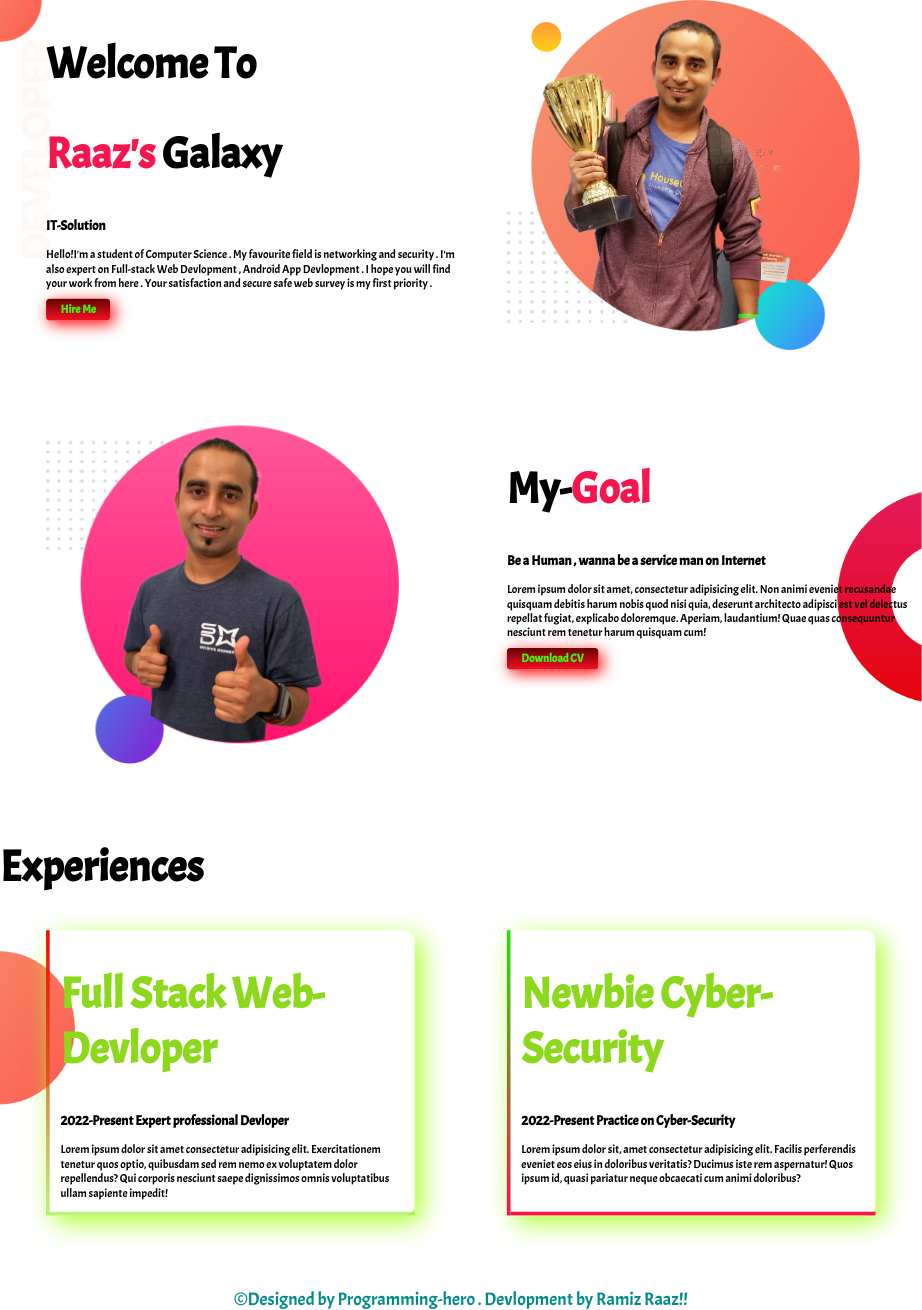
Repository: ramizraaz/my-portfolio
Page: about.html
These files come from the project's save history. The page is drawn as it stood at one moment and after the next save; the edit follows.
The browser window is 1280 px wide. The pictures show the whole page, at 72% of full size.

Above is the page before, as saved 2022-01-18 16:42:34.

### about.html
<!DOCTYPE html>
<html lang="en">

<head>
    <meta charset="UTF-8">
    <meta http-equiv="X-UA-Compatible" content="IE=edge">
    <meta name="viewport" content="width=device-width, initial-scale=1.0">
    <title>Raaz Portfolio</title>
    <link rel="preconnect" href="https://fonts.googleapis.com">
    <link rel="preconnect" href="https://fonts.gstatic.com" crossorigin>
    <link href="https://fonts.googleapis.com/css2?family=Acme&family=Lobster&family=Permanent+Marker&display=swap" rel="stylesheet">
    <link rel="stylesheet" href="design.css">
</head>

<body>
    <section class="top flex-container">
        <div class="content">
            <h1>Welcome To</h1>
            <h1><span> Raaz's </span>Galaxy</h1>
            <h3>IT-Solution</h3>
            <p>Hello!I'm a student of Computer Science . My favourite field is networking and security . I'm also expert on Full-stack Web Devlopment , Android App Devlopment . I hope you will find your work from here . Your satisfaction and secure safe
                web survey is my first priority .</p>
            <a class="link-button" href="" target="_blank">Hire Me</a>
        </div>
        <div class="content">
            <img src="images/jhankar.png" alt="Personal Profile">
        </div>
    </section>
    <section class="middle flex-container">
        <div class="content">
            <img src="images/jhankar2.png" alt="Personal Profile">
        </div>
        <div class="content">
            <h1>My-<span id="middHeadder">Goal</span></h1>
            <h3>Be a Human , wanna be a service man on Internet</h3>
            <p>Lorem ipsum dolor sit amet, consectetur adipisicing elit. Non animi eveniet recusandae quisquam debitis harum nobis quod nisi quia, deserunt architecto adipisci est vel delectus repellat fugiat, explicabo doloremque. Aperiam, laudantium! Quae
                quas consequuntur nesciunt rem tenetur harum quisquam cum!</p>
            <a class="link-button" href="" target="_blank">Download CV</a>
        </div>
    </section>
    <section class="bottom">
        <h1>Experiences</h1>
        <div class="flex-container">
            <div id="web-dev" class="exp-items">
                <h1 class="ex-h-color">Full Stack Web-Devloper</h1>
                <h3>2022-Present Expert professional Devloper</h3>
                <p>Lorem ipsum dolor sit amet consectetur adipisicing elit. Exercitationem tenetur quos optio, quibusdam sed rem nemo ex voluptatem dolor repellendus? Qui corporis nesciunt saepe dignissimos omnis voluptatibus ullam sapiente impedit!</p>
            </div>
            <div id="security" class="exp-items">
                <h1 class="ex-h-color">Newbie Cyber-Security </h1>
                <h3>2022-Present Practice on Cyber-Security</h3>
                <p>Lorem ipsum dolor sit, amet consectetur adipisicing elit. Facilis perferendis eveniet eos eius in doloribus veritatis? Ducimus iste rem aspernatur! Quos ipsum id, quasi pariatur neque obcaecati cum animi doloribus?</p>
            </div>
        </div>
    </section>
    <footer>
        ©Designed by Programming-hero . Devlopment by Ramiz Raaz!!
    </footer>
</body>

</html>

### design.css
body {
    font-family: 'Acme', sans-serif;
    margin: 0;
}

h1 {
    font-size: 60px;
}

span {
    color: rgb(247, 21, 77);
}

.flex-container {
    display: flex;
    /* Using this attribute for show photo and content flexible left right part */
    margin-bottom: 100px;
}

.content {
    width: 50%;
    /*to make 2 div 50//50 size*/
    padding-left: 5%;
}

.content img {
    width: 85%;
    /*adjusting image*/
}

.link-button {
    text-decoration: none;
    background-image: linear-gradient(rgb(102, 3, 3), #f50f22);
    padding: 5px 20px;
    border-radius: 5px;
    font-weight: 800;
    color: rgb(63, 247, 7);
    box-shadow: 5px 5px 20px red;
}

.top {
    background-image: url(images/top-banner.png);
    background-repeat: no-repeat;
}

.middle {
    background-image: url(images/dream-bg.png);
    background-repeat: no-repeat;
    background-position: right;
}

.middHeadder {
    color: crimson;
}

.ex-h-color {
    color: rgb(140, 216, 27);
}

.bottom {
    background-image: url(images/exp-bg.png);
    background-repeat: no-repeat;
    background-position: left;
}

.exp-items {
    width: 40%;
    margin-left: 5%;
    margin-right: 5%;
    padding-left: 15px;
    border-radius: 15px;
    box-shadow: 10px 10px 35px greenyellow;
}

#web-dev {
    border-left: 5px solid;
    border-bottom: 5px solid;
    border-image: linear-gradient(rgb(255, 1, 1), #7ce40681);
    border-image-slice: 1;
}

#security {
    border-left: 5px solid;
    border-bottom: 5px solid;
    border-image: linear-gradient(rgb(32, 231, 6), #ff0f4b);
    border-image-slice: 1;
}

footer {
    text-align: center;
    font-size: 25px;
    color: darkcyan;
}

After the next save:
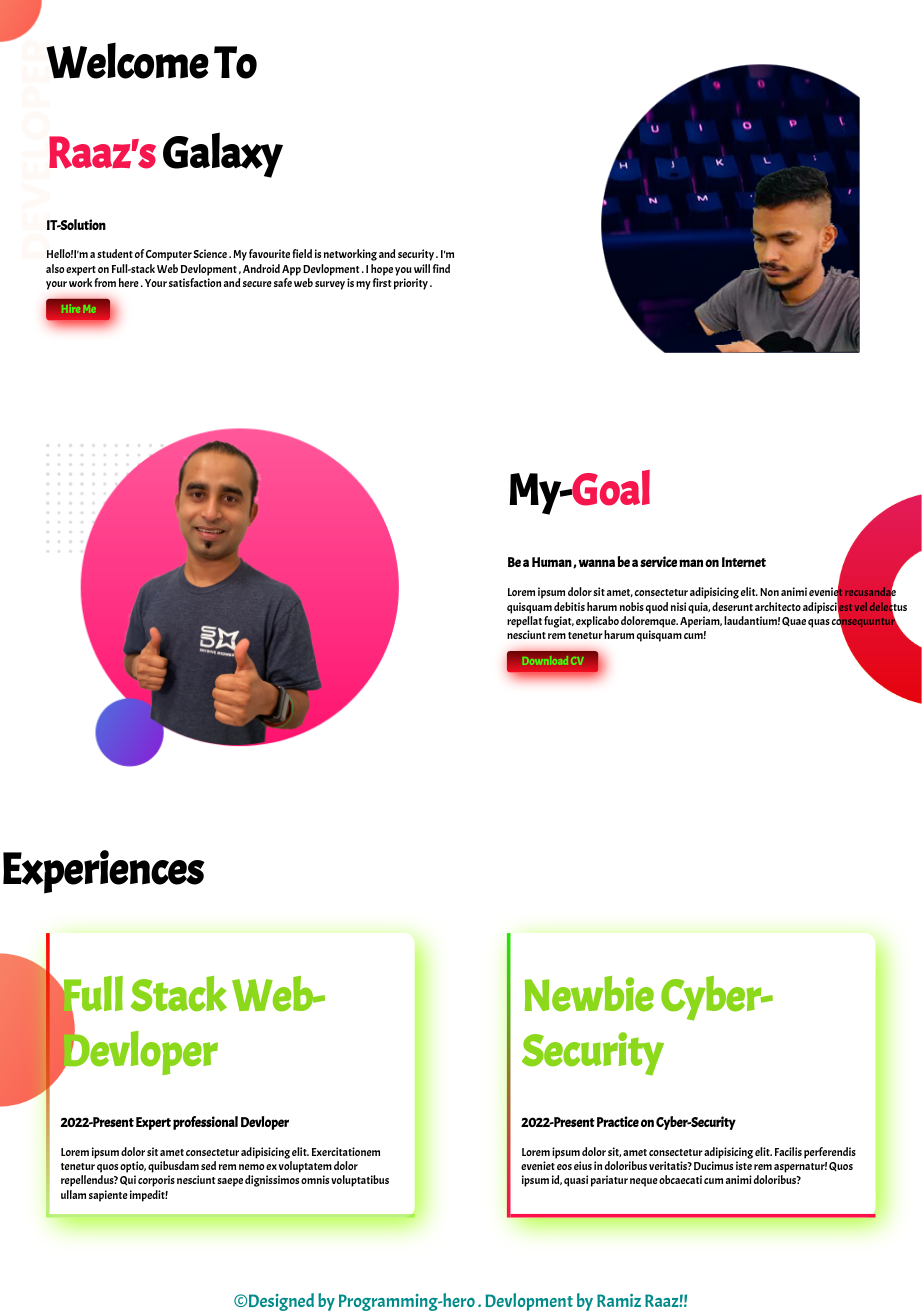
Saved 47 h 12 min later.
--- a/about.html
+++ b/about.html
@@ -23,7 +23,7 @@
             <a class="link-button" href="" target="_blank">Hire Me</a>
         </div>
         <div class="content">
-            <img src="images/jhankar.png" alt="Personal Profile">
+            <img src="images/my.png" alt="Personal Profile">
         </div>
     </section>
     <section class="middle flex-container">
